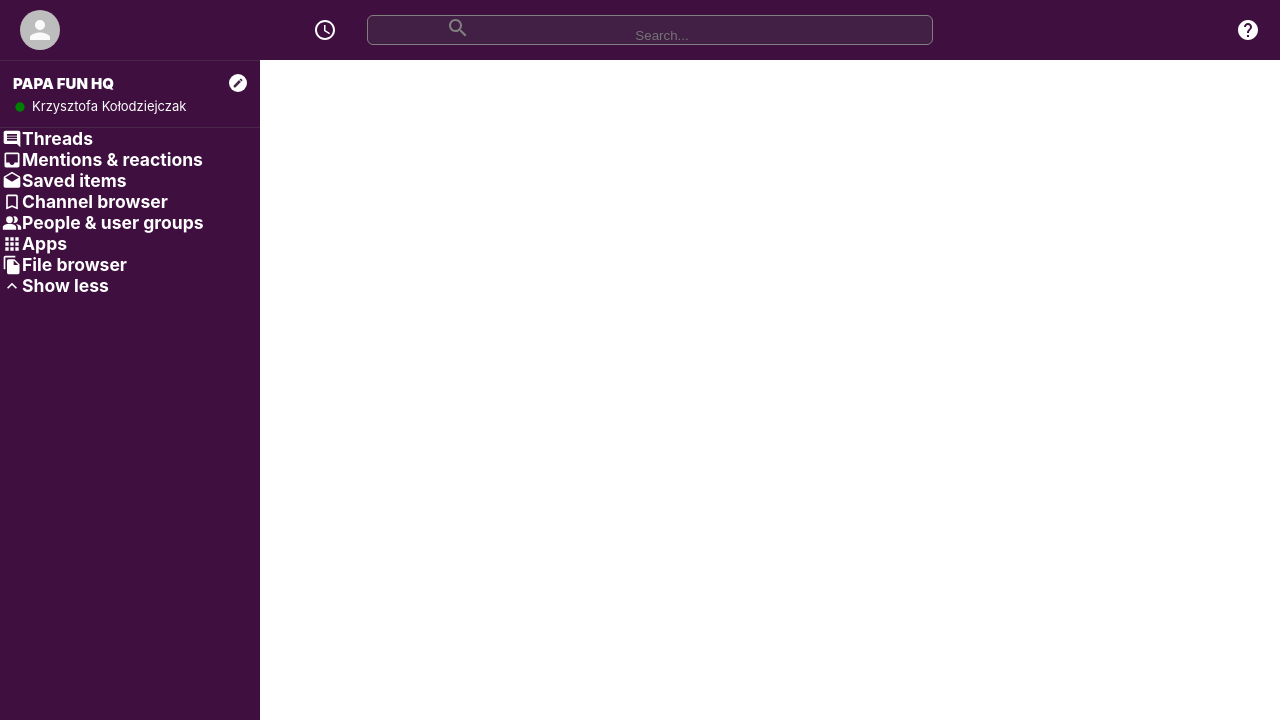
Repository: KrzysKolo/slackClone
Page: /
These files come from the project's save history. The page is drawn as it stood at one moment and after the next save; the edit follows.
The browser window is 1280 px wide. The pictures show the whole page.
The project was rebuilt for these pictures with package versions that can differ from the ones it lists, and the page was loaded fresh each time. Also part of the build but not shown: src/App.css, src/pages/About/About.js.

Above is the page before, as saved 2021-12-27 16:12:53.

### src/index.css
* {
  margin: 0;
  padding: 0;
  box-sizing: border-box;
}
body {
  --slack-color: #3f0f40;
  overflow: hidden;

  margin: 0;
  font-family: -apple-system, BlinkMacSystemFont, 'Segoe UI', 'Roboto', 'Oxygen',
    'Ubuntu', 'Cantarell', 'Fira Sans', 'Droid Sans', 'Helvetica Neue',
    sans-serif;
  -webkit-font-smoothing: antialiased;
  -moz-osx-font-smoothing: grayscale;
}

code {
  font-family: source-code-pro, Menlo, Monaco, Consolas, 'Courier New',
    monospace;
}

### src/App.js
import './App.css';
import {BrowserRouter as Router, Routes, Route, Link } from 'react-router-dom';
import { AppBody } from './style';
import { About } from './pages'
import { Header, Sidebar } from './components';

function App() {
  return (
    <Router>
      <>
        <Header />
        <AppBody>
          <Sidebar />
          <Routes>
            <Route path='/' exact  />
          </Routes>
        </AppBody>
      </>
    </Router>
  );
}

export default App;

### src/style.js
import styled from 'styled-components';

export const AppBody = styled.div`
  display: flex;
  height: 100vh;
`;

### src/components/index.js
export { default as Header } from './Header';
export { default as Sidebar } from './Sidebar';
export { default as SidebarOption } from './SidebarOption';

### src/components/SidebarOption/index.js
export { default } from './SidebarOption';

### src/components/Header/Header.js
import React from 'react';
import { HeaderContainer, HeaderLeft, HeaderAvatar, HeaderSearch, HeaderRight } from './style';
import AccessTimeIcon from '@material-ui/icons/AccessTime';
import SearchIcon from '@material-ui/icons/Search';
import HelpIcon from '@material-ui/icons/Help';


const Header = () => {
  return (
    <HeaderContainer>
      {/*  Header Left */}
      <HeaderLeft>
        <HeaderAvatar

         />
         <AccessTimeIcon />
      </HeaderLeft>
      {/*  Header Search */}
      <HeaderSearch>
        <SearchIcon />
        <input placeholder='Search...' />
      </HeaderSearch>
      {/*  Header Right */}
      <HeaderRight>
        <HelpIcon />
      </HeaderRight>
    </HeaderContainer>
  )
}

export default Header;

### src/components/Sidebar/Sidebar.js
import React from 'react';
import { SidebarContainer, SidebarHead, SidebarInfo } from './style';
import { SidebarOption } from './../';
import FiberManualRecordIcon from '@material-ui/icons/FiberManualRecord';
import CreateIcon from '@material-ui/icons/Create';
import InsertCommentIcon from '@material-ui/icons/InsertComment';
import InboxIcon from '@material-ui/icons/Inbox';
import DraftsIcon from '@material-ui/icons/Drafts';
import BookmarkBorderIcon from '@material-ui/icons/BookmarkBorder';
import PeopleAltIcon from '@material-ui/icons/PeopleAlt';
import AppsIcon from '@material-ui/icons/Apps';
import FileCopyIcon from '@material-ui/icons/FileCopy';
import ExpandLessIcon from '@material-ui/icons/ExpandLess';




const Sidebar = () => {
  return (
    <SidebarContainer>
      <SidebarHead>
        <SidebarInfo>
          <h2>PAPA FUN HQ</h2>
          <h3>
            <FiberManualRecordIcon  />
            Krzysztofa Kołodziejczak
          </h3>
        </SidebarInfo>
        <CreateIcon />
      </SidebarHead>
      <SidebarOption Icon={InsertCommentIcon} title="Threads" />
      <SidebarOption Icon={InboxIcon} title="Mentions & reactions" />
      <SidebarOption Icon={DraftsIcon} title="Saved items" />
      <SidebarOption Icon={BookmarkBorderIcon} title="Channel browser" />
      <SidebarOption Icon={PeopleAltIcon} title="People & user groups" />
      <SidebarOption Icon={AppsIcon} title="Apps" />
      <SidebarOption Icon={FileCopyIcon} title="File browser" />
      <SidebarOption Icon={ExpandLessIcon} title="Show less" />
    </SidebarContainer>
  )
}

export default Sidebar;

### src/components/SidebarOption/SidebarOption.js
import React from 'react';
import {SidebarOptionContainer, SidebarOptionChanel} from './style';

const SidebarOption = ({ Icon, title }) => {
  return (
    <SidebarOptionContainer>
      { Icon && <Icon style={{ fontSize: 20}}/> }
      {Icon ?
      (
        <h3>{title}</h3>
      )
      : (
        <SidebarOptionChanel>
          <span>#</span> {title}
        </SidebarOptionChanel>
      )}
    </SidebarOptionContainer>
  )
}

export default SidebarOption;

### src/components/Header/style.js
import styled from 'styled-components';
import { Avatar } from '@material-ui/core';

export const HeaderContainer = styled.header`
  display: flex;
  position: fixed;
  width: 100%;
  align-items: center;
  justify-content: space-between;
  padding: 10px 0;
  background-color: var(--slack-color);
  color: white;
`;
export const HeaderLeft = styled.div`
  flex: 0.3;
  display: flex;
  align-items: center;
  margin-left: 20px;
  > .MuiSvgIcon-root {
    margin-left: auto;
    margin-right: 30px;
  }
`;

export const HeaderAvatar = styled(Avatar)`
  cursor: pointer;

  :hover {
    opacity: 0.8;
  }
`;

export const HeaderSearch = styled.div`
  flex: 0.4;
  opacity: 1;
  border-radius: 6px;
  background-color: #421f44;
  text-align: center;
  padding: 0 50px;
  color: gray;
  border: 1px gray solid;
  > input {
    background-color: transparent;
    border: none;
    text-align: center;
    min-width: 30vw;
    outline: 0;
    color: white;
  }
`;
export const HeaderRight = styled.div`
  flex: 0.3;
  display: flex;
  align-items: flex-end;
  > .MuiSvgIcon-root {
    margin-left: auto;
    margin-right: 20px;
  }
`;

### src/components/Sidebar/style.js
import styled from 'styled-components';

export const SidebarContainer = styled.div`
  color: white;
  background-color: var(--slack-color);
  flex: 0.3;
  border-top: 1px solid #49274b;
  max-width: 260px;
  margin-top: 60px;
`;

export const SidebarHead = styled.div`
  display: flex;
  border-bottom: 1px solid #49274b;
  padding: 13px;
  > .MuiSvgIcon-root {
    padding: 3px;
    color: #49274b;
    font-size: 18px;
    background: #fff;
    border-radius: 50%;
  }
`;

export const SidebarInfo = styled.div`
  flex: 1;
  > h2 {
  font-size: 15px;
  font-weight: 900;
  margin-bottom: 5px;
  }
  > h3 {
    display: flex;
    font-size: 13px;
    font-weight: 400;
    align-items: center;
  }
  > h3 > .MuiSvgIcon-root {
      font-size: 14px;
      margin-right: 5px;
      margin-top: 1px;
      color: green;
    }
`;

### src/components/SidebarOption/style.js
import styled from 'styled-components';

export const SidebarOptionContainer = styled.div`
  display: flex;
  font-size: 15px;
  align-items: center;
  padding-left: 2px;
  cursor: pointer;
`;
export const SidebarOptionChanel = styled.div``;

Loaded but not shown: public/index.html (common file); src/index.js (common file); src/pages/index.js (common file); src/pages/About/index.js (common file); src/components/Header/index.js (common file); src/components/Sidebar/index.js (common file)

After the next save:
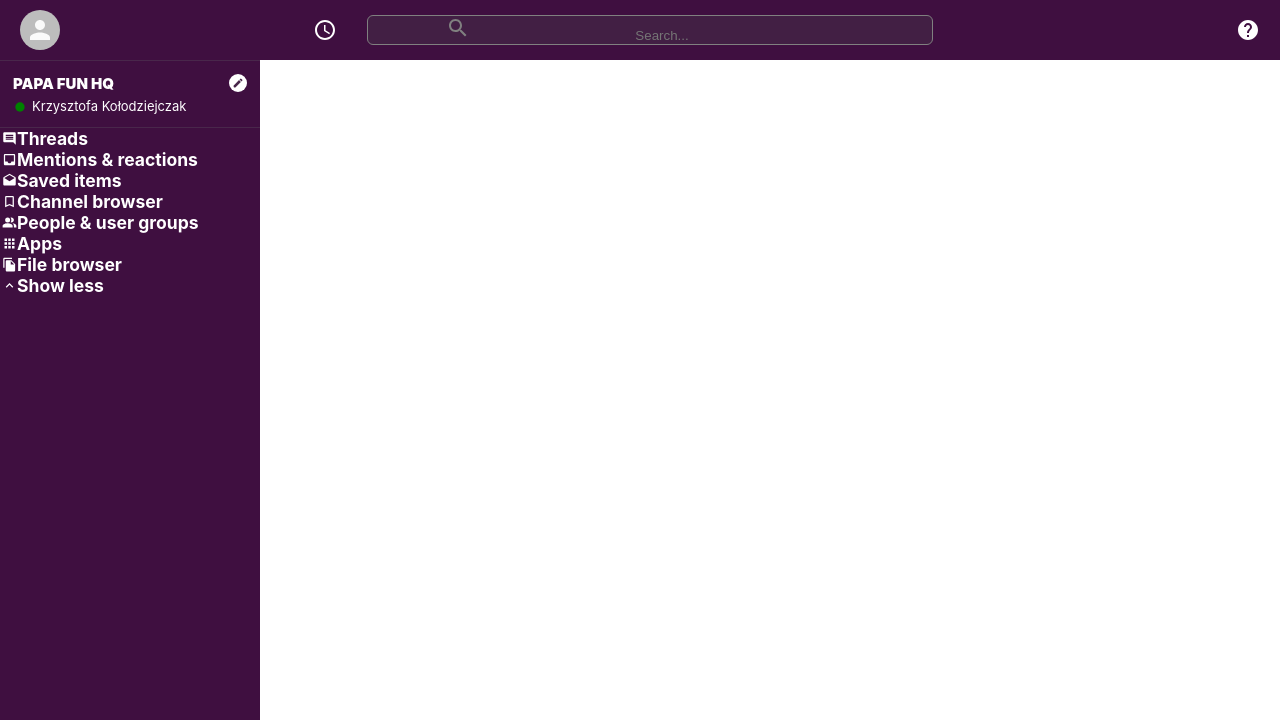
Saved 8 s later.
--- a/src/components/SidebarOption/SidebarOption.js
+++ b/src/components/SidebarOption/SidebarOption.js
@@ -4,7 +4,7 @@ import {SidebarOptionContainer, SidebarOptionChanel} from './style';
 const SidebarOption = ({ Icon, title }) => {
   return (
     <SidebarOptionContainer>
-      { Icon && <Icon style={{ fontSize: 20}}/> }
+      { Icon && <Icon style={{ fontSize: 15}}/> }
       {Icon ?
       (
         <h3>{title}</h3>
